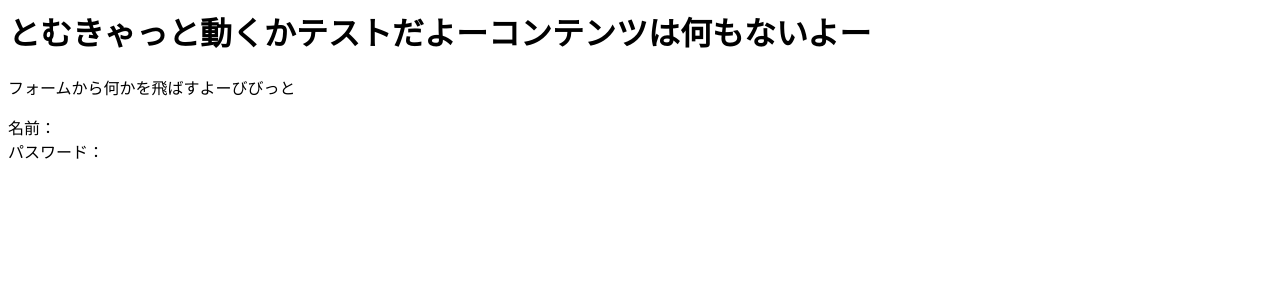
Repository: lunalice/01_START
Page: http://localhost/hello_world_now/
These files come from the project's save history. The page is drawn as it stood at one moment and after the next save; the edit follows.
The browser window is 1280 px wide. The pictures show the whole page.
The page is served by Tomcat 9.

Above is the page before, as saved 2018-02-06 01:21:30.

After the next save:
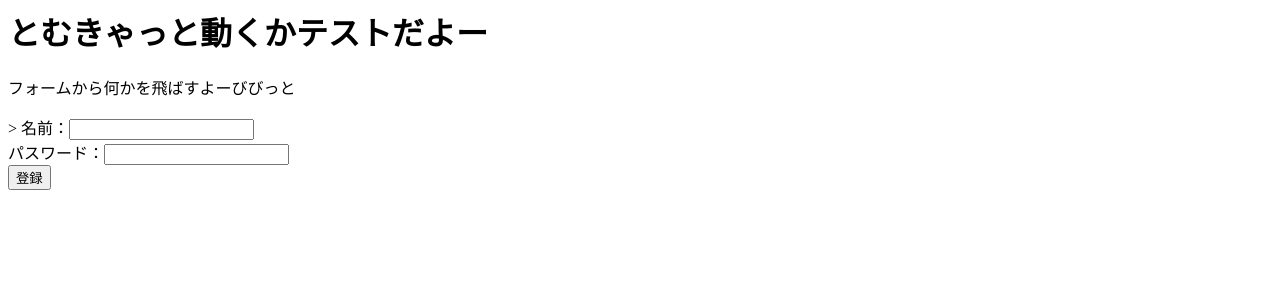
Saved 9 min 6 s later.
--- a/eclipse-workspace/hello_world_now/WebContent/index.jsp
+++ b/eclipse-workspace/hello_world_now/WebContent/index.jsp
@@ -7,11 +7,12 @@
 <title>おはこんばんにちはー！！！</title>
 </head>
 <body>
-<h1>とむきゃっと動くかテストだよーコンテンツは何もないよー</h1>
+<h1>とむきゃっと動くかテストだよー</h1>
 <p>フォームから何かを飛ばすよーびびっと</p>
-<form>
-名前：</br>
-パスワード：</br>
+<form action="testsabure" method="POST">>
+名前：<INPUT type="text" name="name"></br>
+パスワード：<INPUT type="text" name="password"></br>
+<INPUT type="submit" value="登録">
 </form>
 </body>
 </html>
